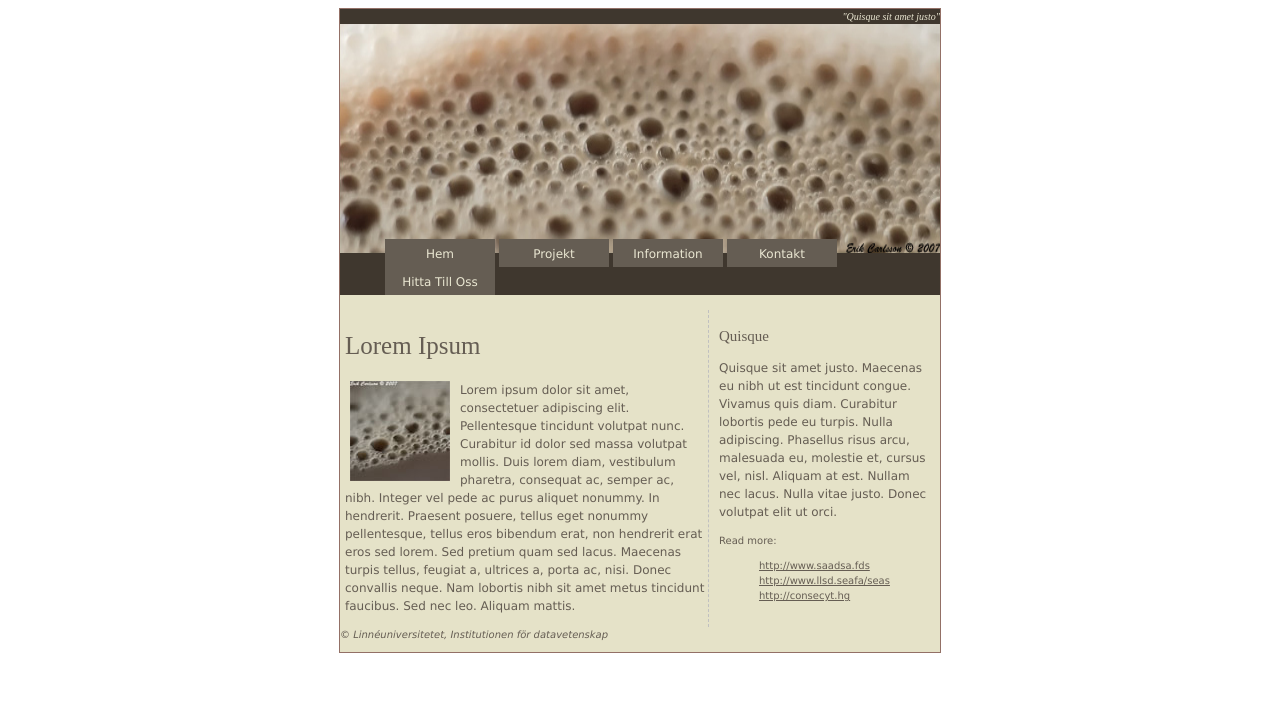
Repository: mh223ja/1ik415-js223mi-Uppgift-3-3
Page: index.html
The author's editor kept a record of every edit. The page is drawn from the files as they stood at one moment, then again after the next edit.
The browser window is 1280 px wide. The pictures show the whole page.

Above is the page before.

### index.html
<!doctype html>
<html lang="sv">

<head>
	<meta charset="utf-8" />
	<title>Lorem Ipsum</title>

	<link rel="stylesheet" href="css/basic.css" />
</head>

<body>

	<div id="container">
		<div id="topbar">
			"Quisque sit amet justo"
		</div>

		<div id="menu">

			<a href="#maincontent">Skip navigation</a>

			<ul>
				<li class="active"><a href="#">hem</a></li>
				<li><a href="#">projekt</a></li>
				<li><a href="#">information</a></li>
				<li><a href="#">kontakt</a></li>
				<li><a href="#">hitta till oss</a></li>
			</ul>
		</div>
		<div id="content">
			<div id="maincontent">
				<h1>Lorem Ipsum</h1>

				<img src="pics/info.jpg" alt="Bubblande kaffe" />
				<p>Lorem ipsum dolor sit amet, consectetuer adipiscing elit. Pellentesque tincidunt volutpat nunc. Curabitur id dolor sed massa volutpat mollis. Duis lorem diam, vestibulum pharetra, consequat ac, semper ac, nibh. Integer vel pede ac purus aliquet nonummy. In hendrerit. Praesent posuere, tellus eget nonummy pellentesque, tellus eros bibendum erat, non hendrerit erat eros sed lorem. Sed pretium quam sed lacus. Maecenas turpis tellus, feugiat a, ultrices a, porta ac, nisi. Donec convallis neque. Nam lobortis nibh sit amet metus tincidunt faucibus. Sed nec leo. Aliquam mattis.</p>
			</div>

			<div id="subcontent">

				<h1>Quisque</h1>
				<p>Quisque sit amet justo. Maecenas eu nibh ut est tincidunt congue. Vivamus quis diam. Curabitur lobortis pede eu turpis. Nulla adipiscing. Phasellus risus arcu, malesuada eu, molestie et, cursus vel, nisl. Aliquam at est. Nullam nec lacus. Nulla vitae justo. Donec volutpat elit ut orci.</p>

				<h2>Read more:</h2>
					<ul>
						<li><a href="#">http://www.saadsa.fds</a></li>
						<li><a href="#">http://www.llsd.seafa/seas</a></li>
						<li><a href="#">http://consecyt.hg</a></li>
					</ul>

			</div>
			<div id="bottomcontent">&copy; Linnéuniversitetet, Institutionen för datavetenskap</div>
		</div>
	</div>
</body>
</html>

### css/basic.css
/* Denna fil får du editera för att lösa uppgiften. Du får INTE ändra i html-filen. */


#container{
	width: 600px;
	margin: auto;
	border: 1px;
	border-style: solid;
	border-color: #937066;
	background-image: url('pics/coffey.jpg');
	background-repeat: no-repeat;
	background-color: #3F372E;
	background-size: 100% 38%;


}
#topbar{
	background-color: #3F372E;
	text-align: right;
	color: #eae7d2;
	font-size: 10px;
	padding: 2px 0;
	font-style: italic;
	width: 600px;
	height: auto;
	font: Verdana, Times New Roman;


}

#content{
	background-color: #E5E2C8;
	padding-top: 15px;
	font-family: Verdana, Times New Roman;
	color: #655D53;
	line-height: 1.8;
	overflow: auto;
	margin-top: -2.7%;
}

#maincontent{
	width: 60%;
	padding-right: 0.5%;
	border-right: dashed 1px;
	border-right-color: silver;
	float: left;
	background-color: #E5E2C8;
	margin-left: 0;
	padding-left: 5px;
	font-size: 12px;
	font-family: Verdana, Times New Roman;

}

#maincontent h1
{
	font-size: 25px;
	font-weight: normal;
	font-family: Times New Roman;
}

#subcontent{
	         width: 35%;
           padding-top: 5px;
           float: left;
           background-color: #E5E2C8;
           font-size: 8px;
           padding-left: 5px;
           margin-left: 5px;
}



#container{
	width: 600px;
	margin: auto;
	border: 1px;
	border-style: solid;
	border-color: #937066;
	background-image: url('pics/coffey.jpg');
	background-repeat: no-repeat;
	background-color: #3F372E;
	background-size: 100% 38%;


}
#topbar{
	background-color: #3F372E;
	text-align: right;
	color: #eae7d2;
	font-size: 10px;
	padding: 2px 0;
	font-style: italic;
	width: 600px;
	height: auto;
	font: Verdana, Times New Roman;


}

#content{
	background-color: #E5E2C8;
	padding-top: 15px;
	font-family: Verdana, Times New Roman;
	font-size: 12px;
	color: #655D53;
	line-height: 1.5;
	overflow: auto;
	margin-top: -2.7%;
}

#maincontent{
	width: 60%;
	padding-right: 0.5%;
	border-right: dashed 1px;
	border-right-color: silver;
	float: left;
	background-color: #E5E2C8;
	margin-left: 0;
	padding-left: 5px;
}

#maincontent h1
{
	font-size: 25px;
	font-weight: normal;
	font-family: Times New Roman;
}

#subcontent{
	width: 35%;
           padding-top: 5px;
           margin-right:0;
           float: left;
           background-color: #E5E2C8;
           font-size: 10px;
           padding-left: 5px;
           margin-left: 5px;
}

#bottomcontent{
	font-style : italic;
	width: 600px;
	margin-bottom: 10px;
	font-size: 10px;
	float: left;
}
#maincontent img {
	float: left;
	margin-right: 5px;
	padding: 0px 5px;
}
#subcontent ul {
	list-style: none;


}
#subcontent h1 {
	font-size: 15px;
	color: #655D53;
	font-family: Times New Roman;
	font-weight: Normal;
}

#subcontent h2 {
	font-size: 10px;
	font-weight: normal;
	font-family: verdana;
}
#subcontent p {
	font-size: 12px;
}
#subcontent a {
	color: #655D53;
}
#subcontent a:visited{
	color: #5655D53;
}


#menu ul  {
	display: inline-block;
	color: white;
	margin-left: 5px;
	margin-top: 215px;
}
#menu li {
	display: inline-block;
	background-color: #655D53;
}
#menu a {
	color: #eae7d2;
	text-transform:  capitalize;
	text-decoration: none;
	font-size: 12px;
	font-family: Verdana;
	display: none;
}
#menu li:hover{
	background-color: #9c9084;
}
#menu li a {
	display: inline;
}

#menu ul li {
	text-align: center;
	display: inline-block;
	width: 100px;
	padding: 5px
}
.active{
	background-color: #E5E2C8;

}
.active a{
	color: #9e8076;

}

After the next edit:
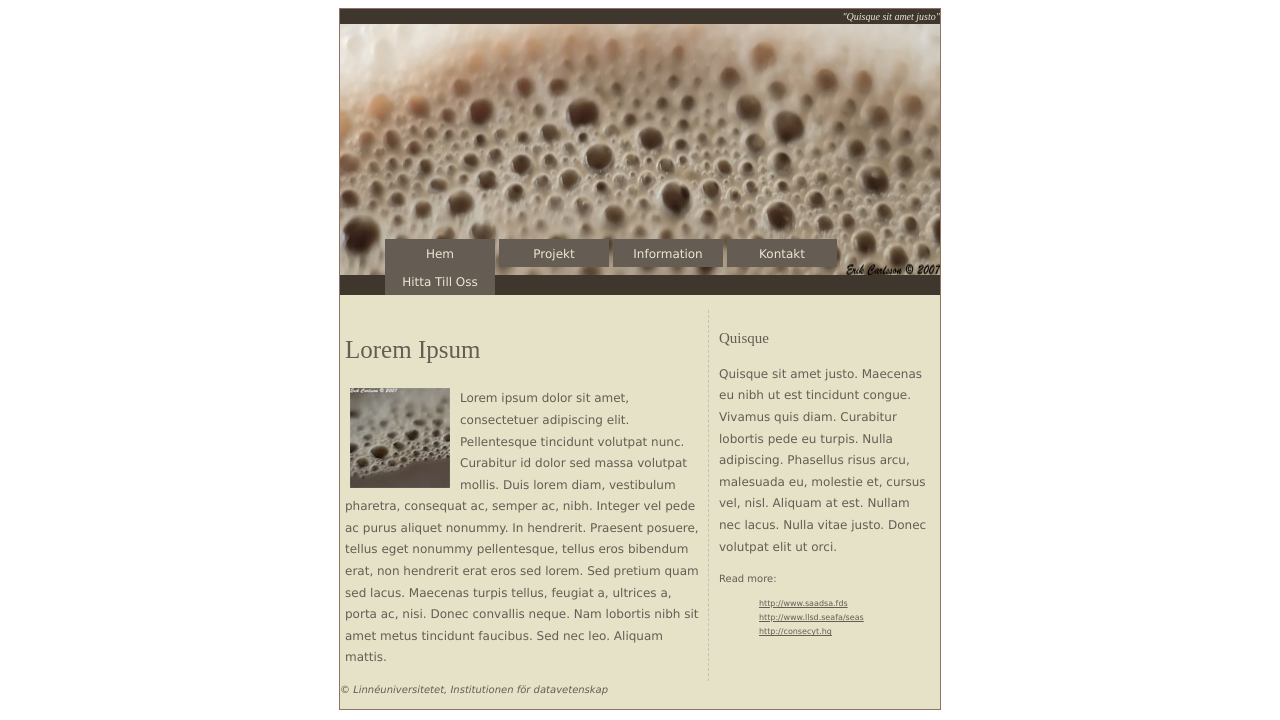
The edit:
--- a/css/basic.css
+++ b/css/basic.css
@@ -1,7 +1,6 @@
 /* Denna fil får du editera för att lösa uppgiften. Du får INTE ändra i html-filen. */
 
-
-#container{
+#container {
 	width: 600px;
 	margin: auto;
 	border: 1px;
@@ -11,10 +10,8 @@
 	background-repeat: no-repeat;
 	background-color: #3F372E;
 	background-size: 100% 38%;
-
-
 }
-#topbar{
+#topbar {
 	background-color: #3F372E;
 	text-align: right;
 	color: #eae7d2;
@@ -24,11 +21,8 @@
 	width: 600px;
 	height: auto;
 	font: Verdana, Times New Roman;
-
-
 }
-
-#content{
+#content {
 	background-color: #E5E2C8;
 	padding-top: 15px;
 	font-family: Verdana, Times New Roman;
@@ -37,8 +31,7 @@
 	overflow: auto;
 	margin-top: -2.7%;
 }
-
-#maincontent{
+#maincontent {
 	width: 60%;
 	padding-right: 0.5%;
 	border-right: dashed 1px;
@@ -49,97 +42,23 @@
 	padding-left: 5px;
 	font-size: 12px;
 	font-family: Verdana, Times New Roman;
-
 }
-
-#maincontent h1
-{
+#maincontent h1 {
 	font-size: 25px;
 	font-weight: normal;
 	font-family: Times New Roman;
 }
-
-#subcontent{
-	         width: 35%;
-           padding-top: 5px;
-           float: left;
-           background-color: #E5E2C8;
-           font-size: 8px;
-           padding-left: 5px;
-           margin-left: 5px;
-}
-
-
-
-#container{
-	width: 600px;
-	margin: auto;
-	border: 1px;
-	border-style: solid;
-	border-color: #937066;
-	background-image: url('pics/coffey.jpg');
-	background-repeat: no-repeat;
-	background-color: #3F372E;
-	background-size: 100% 38%;
-
-
-}
-#topbar{
-	background-color: #3F372E;
-	text-align: right;
-	color: #eae7d2;
-	font-size: 10px;
-	padding: 2px 0;
-	font-style: italic;
-	width: 600px;
-	height: auto;
-	font: Verdana, Times New Roman;
-
-
-}
-
-#content{
-	background-color: #E5E2C8;
-	padding-top: 15px;
-	font-family: Verdana, Times New Roman;
-	font-size: 12px;
-	color: #655D53;
-	line-height: 1.5;
-	overflow: auto;
-	margin-top: -2.7%;
-}
-
-#maincontent{
-	width: 60%;
-	padding-right: 0.5%;
-	border-right: dashed 1px;
-	border-right-color: silver;
+#subcontent {
+	width: 35%;
+	padding-top: 5px;
 	float: left;
 	background-color: #E5E2C8;
-	margin-left: 0;
+	font-size: 8px;
 	padding-left: 5px;
+	margin-left: 5px;
 }
-
-#maincontent h1
-{
-	font-size: 25px;
-	font-weight: normal;
-	font-family: Times New Roman;
-}
-
-#subcontent{
-	width: 35%;
-           padding-top: 5px;
-           margin-right:0;
-           float: left;
-           background-color: #E5E2C8;
-           font-size: 10px;
-           padding-left: 5px;
-           margin-left: 5px;
-}
-
-#bottomcontent{
-	font-style : italic;
+#bottomcontent {
+	font-style: italic;
 	width: 600px;
 	margin-bottom: 10px;
 	font-size: 10px;
@@ -152,8 +71,6 @@
 }
 #subcontent ul {
 	list-style: none;
-
-
 }
 #subcontent h1 {
 	font-size: 15px;
@@ -161,7 +78,6 @@
 	font-family: Times New Roman;
 	font-weight: Normal;
 }
-
 #subcontent h2 {
 	font-size: 10px;
 	font-weight: normal;
@@ -173,12 +89,10 @@
 #subcontent a {
 	color: #655D53;
 }
-#subcontent a:visited{
+#subcontent a:visited {
 	color: #5655D53;
 }
-
-
-#menu ul  {
+#menu ul {
 	display: inline-block;
 	color: white;
 	margin-left: 5px;
@@ -190,30 +104,27 @@
 }
 #menu a {
 	color: #eae7d2;
-	text-transform:  capitalize;
+	text-transform: capitalize;
 	text-decoration: none;
 	font-size: 12px;
 	font-family: Verdana;
 	display: none;
 }
-#menu li:hover{
+#menu li:hover {
 	background-color: #9c9084;
 }
 #menu li a {
 	display: inline;
 }
-
 #menu ul li {
 	text-align: center;
 	display: inline-block;
 	width: 100px;
 	padding: 5px
 }
-.active{
+.active {
 	background-color: #E5E2C8;
-
 }
-.active a{
+.active a {
 	color: #9e8076;
-
 }
